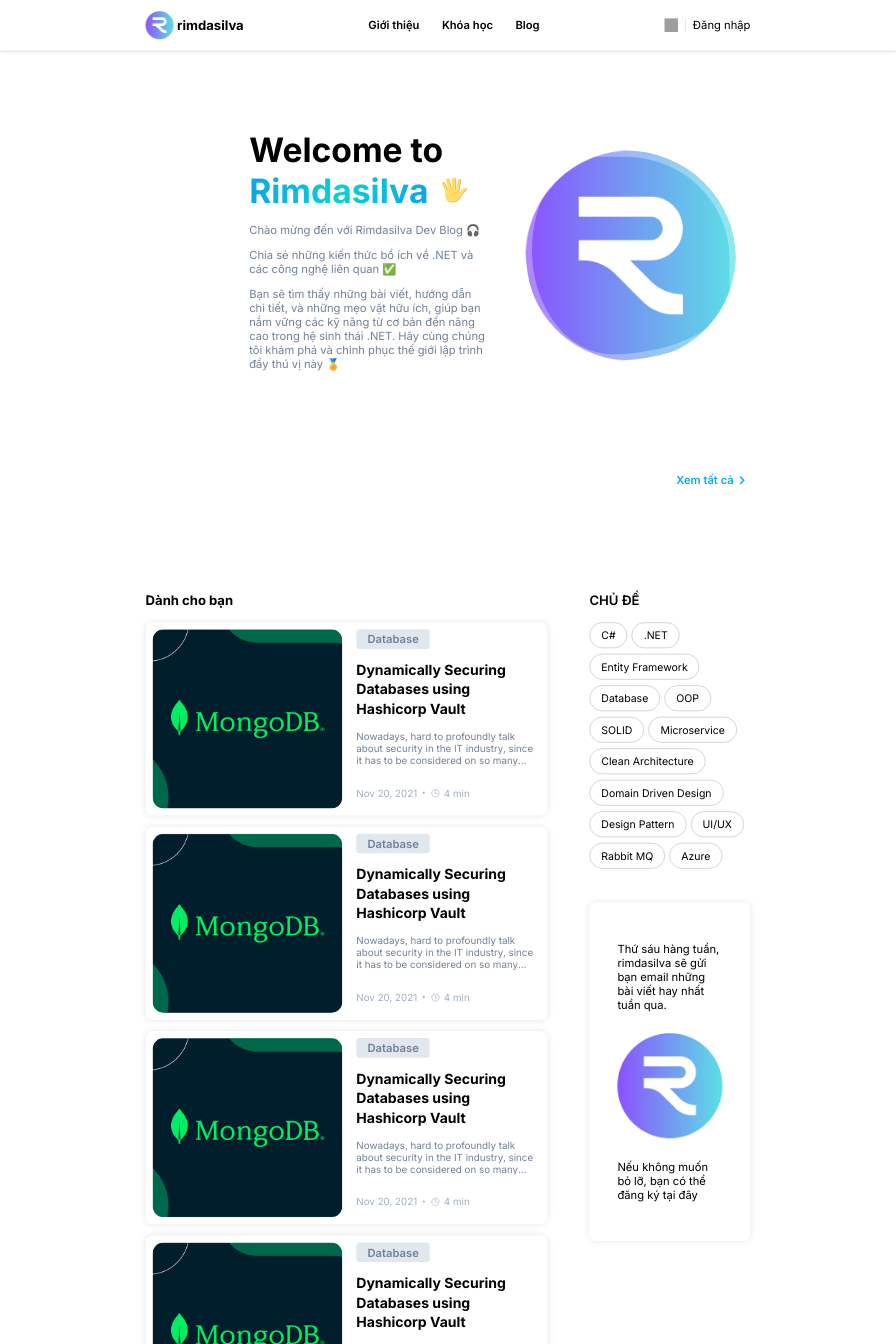
Repository: longblue2910/rimdasilva-blog-ui
Page: /
An editor plug-in stored every save of this project. The page is shown before and after a run of saves, followed by the edit.
The browser window is 1280 px wide. The pictures show the part of the page from y = 0 to 1920 px (the page is 2862 px tall before and 3152 px after), at 70% of full size.
Pictures or frames that could not be fetched are drawn as grey boxes. The page's requests for data from a server got no answer. The project was rebuilt for these pictures with package versions that can differ from the ones it lists, and the page was loaded fresh each time. The framework's server and built-in components were replaced by stand-ins that run in the browser. No one was signed in, and anything a server would have sent is missing. Also part of the build but not shown: next.config.js, src/components/notification/notification.module.css, src/components/notification/Notification.tsx.

Above is the page before, as saved 2024-08-05 22:58:31.

### src/app/layout.js
import Navbar from "@/components/navbar/Navbar";

import "./globals.css";
import Footer from "@/components/footer/Footer";
import { ThemeContextProvider } from "@/context/ThemeContext";
import ThemeProvider from "@/providers/ThemeProvider";
import { Inter, Noto_Sans } from "next/font/google";
import AuthProvider from "@/providers/AuthProvider";
import { ProgressProvider } from "@/context/ProgressContext";
import "@ionic/react/css/core.css"; // Import CSS chính của Ionic

import Head from "next/head";

const inter = Inter({
  subsets: ["vietnamese"],
  weight: ["300", "400", "500", "600", "700"], // Chỉ định các trọng lượng font mong muốn ở đây
});

export const metadata = {
  title: "Rimdasilva - EZ Coding",
  description: "Rimdasilva - EZ Coding",
  // icons: {
  //   icon: [
  //     {
  //       url: "/favicon.ico", // /public path
  //       href: "/favicon.ico", // /public path
  //     },
  //   ],
  // },
};

export default function RootLayout({ children }) {
  return (
    <html lang="en">
      <head>
        <link rel="icon" href="/favicon.ico" />
      </head>
      <body className={inter.className}>
        <AuthProvider>
          <ThemeContextProvider>
            <ThemeProvider>
              <ProgressProvider>
                <div className="container">
                  <div className="wrapper">
                    <Navbar />
                    {children}
                  </div>
                  <Footer />
                </div>
              </ProgressProvider>
            </ThemeProvider>
          </ThemeContextProvider>
        </AuthProvider>
      </body>
    </html>
  );
}

### src/app/page.jsx
import BlogCardList from "@/components/blogCardList/BlogCardList";
import styles from "./homepage.module.css";
import CardRectangleList from "@/components/cardRectangleList/CardRectangleList";
import Aside from "@/components/aside/Aside";
import Hero from "@/components/hero/Hero";

export default function Home({ searchParams }) {
  const page = parseInt(searchParams.page) || 1;

  return (
    <div className="section">
      <Hero />
      <CardRectangleList />
      <div className={styles.blog}>
        <BlogCardList />
        <Aside />
      </div>
    </div>
  );
}

### src/context/ThemeContext.jsx
"use client";

import { createContext, useEffect, useState } from "react";
import { ThemeProvider, createTheme } from "@mui/material/styles";

export const ThemeContext = createContext();

const getFromLocalStorage = () => {
  if (typeof window !== "undefined") {
    const value = localStorage.getItem("theme");
    return value || "light";
  }
};

export const ThemeContextProvider = ({ children }) => {
  const [theme, setTheme] = useState(() => {
    return getFromLocalStorage();
  });

  const toggle = () => {
    setTheme((prevTheme) => (prevTheme === "light" ? "dark" : "light"));
  };

  useEffect(() => {
    localStorage.setItem("theme", theme);
  }, [theme]);

  const muiTheme = createTheme({
    palette: {
      mode: theme,
    },
  });

  return (
    <ThemeProvider theme={muiTheme}>
      <ThemeContext.Provider value={{ theme, toggle }}>
        {children}
      </ThemeContext.Provider>
    </ThemeProvider>
  );
};

### src/context/ProgressContext.tsx
"use client";

// ProgressContext.tsx
import React, { createContext, useState, useContext, ReactNode } from "react";

interface ProgressContextProps {
  isNavigating: boolean;
  startNavigation: () => void;
}

const ProgressContext = createContext<ProgressContextProps | undefined>(
  undefined
);

export const ProgressProvider: React.FC<{ children: ReactNode }> = ({
  children,
}) => {
  const [isNavigating, setIsNavigating] = useState(false);

  const startNavigation = () => {
    setIsNavigating(true);
    setTimeout(() => setIsNavigating(false), 500); // Giả sử thời gian điều hướng là 500ms
  };

  return (
    <ProgressContext.Provider value={{ isNavigating, startNavigation }}>
      {children}
    </ProgressContext.Provider>
  );
};

export const useProgress = (): ProgressContextProps => {
  const context = useContext(ProgressContext);
  if (context === undefined) {
    throw new Error("useProgress must be used within a ProgressProvider");
  }
  return context;
};

### src/components/blogCardList/BlogCardList.tsx
import styles from "./blogCardList.module.css";
import BlogCard from "../blogCard/BlogCard";

const BlogCardList = () => {
  const renderBlogCards = () => {
    const cardRectangles = [];
    for (let i = 0; i < 5; i++) {
      cardRectangles.push(<BlogCard />);
    }
    return cardRectangles;
  };

  return (
    <div className="section">
      <div className={styles.cardListHeader}>
        <h3 className={styles.title}>Dành cho bạn</h3>
        {/* <Link href="/" className={`${styles.getAll} hover1`}>
          Xem tất cả
          <KeyboardArrowRightIcon />
        </Link> */}
      </div>
      <div className={styles.cardList}>{renderBlogCards()}</div>
    </div>
  );
};

export default BlogCardList;

### src/app/homepage.module.css
.content {
  display: flex;
  gap: 50px;
}

.blog {
  display: grid;
  grid-template-columns: 5fr 2fr;
  gap: 60px;
}

### src/components/cardRectangleList/CardRectangleList.tsx
import styles from "./cardList.module.css";
import CardRectangle from "../cardRectangle/CardRectangle";
import Link from "next/link";
import KeyboardArrowRightIcon from "@mui/icons-material/KeyboardArrowRight";

const CardRectangleList = ({ title, isPremium, size }) => {
  console.log(title);

  const renderCardRectangles = () => {
    const cardRectangles = [];
    for (let i = 0; i < size; i++) {
      cardRectangles.push(<CardRectangle isPremium={isPremium} />);
    }
    return cardRectangles;
  };

  return (
    <div className="section">
      <div className={styles.cardListHeader}>
        <h3 className={styles.title}>{title}</h3>
        <Link href="/" className={`${styles.getAll} hover1`}>
          Xem tất cả
          <KeyboardArrowRightIcon />
        </Link>
      </div>
      <div className={styles.cardList}>{renderCardRectangles()}</div>
    </div>
  );
};

export default CardRectangleList;

### src/components/aside/Aside.tsx
import Image from "next/image";
import Category from "../category/Category";
import styles from "./aside.module.css";

const Aside = () => {
  return (
    <div className="section">
      <div className={styles.topic}>
        <h3 className={styles.topicTitle}>Chủ đề</h3>
        <div className={styles.topicList}>
          <Category categoryName={"C#"} />
          <Category categoryName={".NET"} />
          <Category categoryName={"Entity Framework"} />
          <Category categoryName={"Database"} />
          <Category categoryName={"OOP"} />
          <Category categoryName={"SOLID"} />
          <Category categoryName={"Microservice"} />
          <Category categoryName={"Clean Architecture"} />
          <Category categoryName={"Domain Driven Design"} />
          <Category categoryName={"Design Pattern"} />
          <Category categoryName={"UI/UX"} />
          <Category categoryName={"Rabbit MQ"} />
          <Category categoryName={"Azure"} />
        </div>
      </div>
      <div className={styles.sidebar}>
        <p>
          Thứ sáu hàng tuần, rimdasilva sẽ gửi bạn email những bài viết hay nhất
          tuần qua.
        </p>
        <Image
          src="/logo.png"
          width={150}
          height={150}
          alt="Logo"
          objectFit="cover"
          loading="lazy"
        />
        <p>Nếu không muốn bỏ lỡ, bạn có thể đăng ký tại đây</p>
      </div>
    </div>
  );
};

export default Aside;

### src/components/themeToggle/ThemeToggle.jsx
"use client";

import React, { useContext } from "react";
import styles from "./themeToggle.module.css";
import Image from "next/image";
import { ThemeContext } from "@/context/ThemeContext";

const ThemeToggle = () => {
  const { toggle, theme } = useContext(ThemeContext);

  return (
    <div className={styles.container} onClick={toggle}>
      {theme === "dark" ? (
        <Image
          src="/sun.png"
          alt="moon"
          width={20}
          height={20}
          className="hover1"
        />
      ) : (
        <Image
          src="/sleep-mode_4906399.png"
          alt="moon"
          width={20}
          height={20}
          className="hover1"
        />
      )}
      <span className={styles.themeFill}></span>
    </div>
  );
};

export default ThemeToggle;

### src/components/progressBar/ProgressBar.tsx
// ProgressBar.tsx
import React from "react";
import styles from "./progressBar.module.css";

interface ProgressBarProps {
  isVisible: boolean;
}

const ProgressBar: React.FC<ProgressBarProps> = ({ isVisible }) => {
  return (
    <div
      className={`${styles.progressBar} ${isVisible ? styles.visible : ""}`}
    ></div>
  );
};

export default ProgressBar;

### src/components/footer/footer.module.css
.footer {
  padding-inline: 20px;
  /* border-radius: var(--radius-48); */
  color: var(--text-wild-blue-yonder);
  width: 100%;
  box-shadow: 0 -4px 6px rgba(0, 0, 0, 0.1);
  margin-top: 100px;
  background-color: var(--bg-oxford-blue-2);
  bottom: 0;
}

.footer h3 {
  color: var(--text-wild-blue-yonder);
}

.footerTop {
  display: grid;
  grid-template-columns: repeat(4, 1fr);
  grid-gap: 40px;
  padding-inline: 120px;
  padding-block: 40px;
}

.footerText {
  color: var(--footerText);
  line-height: var(--lineHeight-1);
  margin-block: 8px;
  font-size: 14px;
}

.logo {
  display: flex;
  align-items: center;
}

.logoText {
  color: #38b6ff;
}

.logoImg {
  background-color: var(--bg); /* Đảm bảo không có nền */
}

.footerBrand .footerListTitle {
  margin-block-end: 2px;
}

.footerListTitle {
  color: var(--textColor);
  font-size: var(--fontSize-7);
  margin-block-end: 30px;
}

.footerLink {
  padding-bottom: 12px;
}

.footer ion-icon {
  position: absolute;
  top: 50%;
  left: 0;
  transform: translateY(-50%);
  --ionicon-stroke-width: 40px;
}

.footerBottom {
  border-block-start: 1px solid var(--border-prussian-blue);
  padding-block: 20px;
  padding-inline: 120px;
}

.footerBottomContainer {
  display: flex;
  align-items: center;
  justify-content: space-between;
}

.copyright {
  margin-block-end: 10px;
}

.social {
  display: flex;
  gap: 7px;
  align-items: center;
}

@media screen and (max-width: 1280px) {
  .footerTop {
    padding-inline: 60px;
  }
}

@media screen and (max-width: 1024px) {
  .footer {
    margin-top: 20px;
  }

  .footerTop {
    padding-inline: 15px;
  }
}

@media screen and (max-width: 768px) {
  .footerTop {
    grid-template-columns: repeat(1, 1fr);
    gap: 20px;
  }
}

### src/components/blogCardList/blogCardList.module.css
.cardList {
  margin-top: 20px;
}

### src/components/blogCard/BlogCard.tsx
"use client";

import Image from "next/image";
import styles from "./blogCard.module.css";
import Link from "next/link";
import { IonIcon } from "@ionic/react";
import { timeOutline } from "ionicons/icons";

const BlogCard = () => {
  return (
    <div className={`${styles.blogCard} hover3`}>
      <div className={styles.cardBanner}>
        <Image
          src="/blog1.png"
          layout="fill"
          objectFit="cover"
          loading="lazy"
          alt="Blog Image"
        />
      </div>
      <div className={styles.cardContent}>
        <button className={styles.blogTopic}>Database</button>
        <h3 className={`${styles.title} hover4`}>
          <Link href="/">
            Dynamically Securing Databases using Hashicorp Vault
          </Link>
        </h3>
        <p className={styles.blogText}>
          Nowadays, hard to profoundly talk about security in the IT industry,
          since it has to be considered on so many different levels: from
          securing code chunks, securing containers, up to securing complex
          infrastructures and defining strong authorization and authentication
          policies across the enterprise. Nowadays, hard to profoundly talk
          about security in the IT industry, since it has to be considered on so
          many different levels: from securing code chunks, securing containers,
          up to securing complex infrastructures and defining strong
          authorization and authentication policies across the enterprise.
        </p>

        <div className={styles.wrapperFlex}>
          {/* <div className={styles.profileWrapper}>
            <Image
              src="/logo.png"
              alt="Author"
              className={styles.imgAuth}
              loading="lazy"
              width={50}
              height={50}
              layout="responsive"
            />
          </div> */}

          <div className={`${styles.wrapper}`}>
            {/* <h4 className="hover4">
              <Link href="#">rimdasilva</Link>
            </h4> */}

            <p className={styles.textSm}>
              <time>Nov 20, 2021</time>
              <span className={styles.separator}></span>
              <IonIcon icon={timeOutline} />
              <time>4 min</time>
            </p>
          </div>
        </div>
      </div>
    </div>
  );
};

export default BlogCard;

### src/components/cardRectangleList/cardList.module.css
.cardList {
  display: grid;
  grid-template-columns: repeat(4, 1fr);
  gap: 20px;
  margin-top: 20px;
}

.cardListHeader {
  display: flex;
  align-items: center;
  justify-content: space-between;
}

.getAll {
  color: var(--bg-carolina-blue);
  font-weight: 600;
  display: flex;
  align-items: center;
}

/* Responsive styles */
@media (max-width: 1280px) {
  .cardList {
    grid-template-columns: repeat(3, 1fr);
  }
}

  /* @media (max-width: 1024px) {
    .cardList {
      grid-template-columns: repeat(3, 1fr);
    }
  } */

@media (max-width: 768px) {
  .cardList {
    grid-template-columns: repeat(2, 1fr);
  }
}

@media (max-width: 576px) {
  .cardList {
    grid-template-columns: 1fr;
  }
}

### src/components/category/Category.tsx
"use client";

import styles from "./category.module.css";
import { IonIcon } from "@ionic/react";
import { serverOutline } from "ionicons/icons"; // Import icon bạn muốn sử dụng
import Link from "next/link";

const Category = ({ categoryName }) => {
  return (
    <div className={styles.categoryBtn}>
      <Link href="/">{categoryName}</Link>
    </div>
  );
};

export default Category;

### src/components/aside/aside.module.css
.topicList {
  display: flex;
  flex-wrap: wrap;
  margin-top: 20px;
}

.topicTitle {
  font-weight: 600;
  text-transform: uppercase;
}

.sidebar {
  margin-top: 40px;
  display: flex;
  flex-direction: column;
  align-items: center;
  gap: 15px;
  background: var(--background-primary);
  border-radius: 10px;
  padding: 40px;
  box-shadow: 0 0 10px rgba(0, 0, 0, 0.1);
}

### src/components/hero/hero.module.css
.heroGrid {
  display: grid;
  gap: 1.5rem;
  grid-template-columns: 116px repeat(2, 1fr);
  padding-top: 5.5rem;
  column-gap: 2rem;
  align-items: center;
}

.welcome {
  font-weight: 800;
  font-size: 3rem;
}

.rimdsv {
  background-image: var(--gradient-2);
  display: inline-block;
  -webkit-text-fill-color: transparent;
  -webkit-background-clip: text;
}
.homeHand {
  width: 38px;
  height: 38px;
  margin-left: 0.4rem;
}

.homeSocialIcon {
  font-size: 1.25rem;
}

.social {
  display: flex;
  align-items: center;
  flex-direction: column;
  gap: 20px;
}

.homeImg {
  background: url(../../../public/logo.png);
  background-repeat: no-repeat;
  background-position: center;
  background-size: cover;
  box-shadow: inset 0 0 0 9px rgb(255 255 255 / 30%);
  order: 1;
  justify-self: center;
  width: 300px;
  height: 300px;
  animation: profile__animate 8s ease-in-out infinite 1s;
}

@keyframes profile__animate {
  0% {
    border-radius: 60% 40% 30% 70%/60% 30% 70% 40%;
  }
  50% {
    border-radius: 30% 60% 70% 40%/50% 60% 30% 60%;
  }
  100% {
    border-radius: 60% 40% 30% 70%/60% 30% 70% 40%;
  }
}

.homeDescription {
  color: var(--foreground-secondary);
}

### src/components/themeToggle/themeToggle.module.css
.container {
  display: flex;
  cursor: pointer;
  align-items: center;
}

/* 31:06 */

### src/components/authLinks/authLinks.module.css
.links {
  cursor: pointer;
}

.burger {
  width: 18px;
  height: 12px;
  flex-direction: column;
  justify-content: space-between;
  cursor: pointer;
  display: none;
}

.line {
  width: 100%;
  height: 2px;
  background-color: var(--textColor);
}

.reponsiveMenu {
  position: absolute;
  top: 50px;
  left: 0;
  background-color: var(--bg);
  height: calc(110vh - 100px);
  width: 100%;
  display: flex;
  flex-direction: column;
  align-items: center;
  justify-content: center;
  gap: 50px;
  font-size: 36px;
  z-index: 1;
}

@media screen and (max-width: 640px) {
  /* .burger {
    display: flex;
  } */

  .link {
    display: none;
  }
}

@media screen and (max-width: 390px) {
  .loginLink {
    font-size: 14px;
  }
}

### src/components/progressBar/progressBar.module.css
/* progressBar.module.css */

.progressBar {
  position: fixed;
  top: 0;
  left: 0;
  height: 4px;
  width: 100%;
  background-color: transparent;
  transform: translateX(-100%);
  transition: transform 0.4s ease-out;
}

.progressBar.visible {
  transform: translateX(0);
  background-color: var(
    --bg-carolina-blue
  ); /* Màu của thanh chạy, có thể thay đổi theo biến của bạn */
}

### src/components/blogCard/blogCard.module.css
.blogCard {
  background: var(--background-primary);
  padding: 10px;
  margin-bottom: 1rem;
  border-radius: 10px;
  box-shadow: 0 0 10px rgba(0, 0, 0, 0.1);
  transition: 0.25s ease;

  display: grid;
  grid-template-columns: 3fr 4fr;
  gap: 20px;
  cursor: pointer;
}
.h4 {
  color: var(--foreground-secondary);
}

.cardBanner {
  display: flex;
  border-radius: var(--radius-16);
  transition: var(--transition-1);
  position: relative;
  height: auto;
  min-width: 271px;
  overflow: hidden;
}

.blogTopic {
  background: var(--action-primary);
  color: var(--foreground-secondary);
  font-weight: 600;
  padding: 0.25rem 1rem;
  border-radius: 5px;
  margin-bottom: 1rem;
}

.blogTopic:hover {
  background: var(--foreground-secondary);
  color: var(--action-secondary);
}

.title {
  line-height: 1.4;
  margin-bottom: 1rem;
  font-size: var(--fs-3);
  font-weight: 700;
}

.blogText {
  color: var(--foreground-secondary);
  font-size: var(--fs-4);
  display: -webkit-box;
  line-clamp: 3;
  -webkit-line-clamp: 3;
  -webkit-box-orient: vertical;
  overflow: hidden;
  margin-bottom: 1rem;
}

.wrapperFlex {
  display: flex;
  justify-content: start;
  align-items: center;
  gap: 10px;
}

.profileWrapper {
  width: 56px;
  height: 56px;
  background: var(--action-primary);
  padding: 3px;
  border-radius: 50%;
}

.textSm {
  display: flex;
  align-items: center;
  gap: 5px;
  color: var(--foreground-tertiary);
  font-size: var(--fs-4);
}

.separator {
  background: var(--foreground-tertiary);
  margin-inline: 3px;
  margin: 0 3px;
  width: 3px;
  height: 3px;
  border-radius: 3px;
}

### src/components/category/category.module.css
.categoryBtn {
  border: 1px solid #c4c4c4;
  border-radius: 47px;
  padding: 0.5rem 1rem;
  margin-bottom: 8px;
  font-size: 15px;
  margin-right: 6px;
  background: var(--background-primary);
}

.categoryBtn:hover {
  background: var(--background-secondary);
}

### src/components/cardRectangle/CardRectangle.tsx
import Image from "next/image";
import styles from "./cardRectangle.module.css";
import Link from "next/link";
import Groups3OutlinedIcon from "@mui/icons-material/Groups3Outlined";

const CardRectangle = ({ isPremium }) => {
  return (
    <div className={`${styles.card}`}>
      <Link href="/" className={styles.imgContainer}>
        <Image
          src="/csharp-post.jpeg"
          width={300}
          height={180}
          objectFit="cover"
          alt="C# Post"
          className={styles.cardImg}
        />
      </Link>

      <div className={styles.cardContent}>
        <h3 className={`${styles.title} hover1`}>
          <Link href="/">C# Zero to Hero</Link>
        </h3>
        <div className={styles.cardTag}>
          <span style={{ color: "#f05123", fontWeight: 600 }}>1.000.000đ</span>
        </div>
        <div className={styles.cardBottom}>
          <div className={styles.infoAuthor}>
            <Image
              src="/logo.png"
              width={18}
              height={18}
              alt="author"
              objectFit="cover"
            />
            <h4 className={styles.authorText}>rimdasilva</h4>
          </div>

          <div className={styles.infoCourse}>
            <Groups3OutlinedIcon />
            <span>103</span>
          </div>
        </div>
        {isPremium && (
          <div className={styles.proCourse}>
            <span>PRO</span>
          </div>
        )}
      </div>
    </div>
  );
};

export default CardRectangle;

Loaded but not shown: src/providers/ThemeProvider.jsx (common file); src/providers/AuthProvider.jsx (common file); src/app/globals.css (409 lines, source omitted); src/components/hero/Hero.tsx (106 lines, source omitted); src/components/authLinks/AuthLink.tsx (154 lines, source omitted); src/components/navbar/Navbar.jsx (131 lines, source omitted); src/components/navbar/navbar.module.css (197 lines, source omitted); src/components/footer/Footer.jsx (95 lines, source omitted); src/components/cardRectangle/cardRectangle.module.css (161 lines, source omitted)

After the next 2 saves:
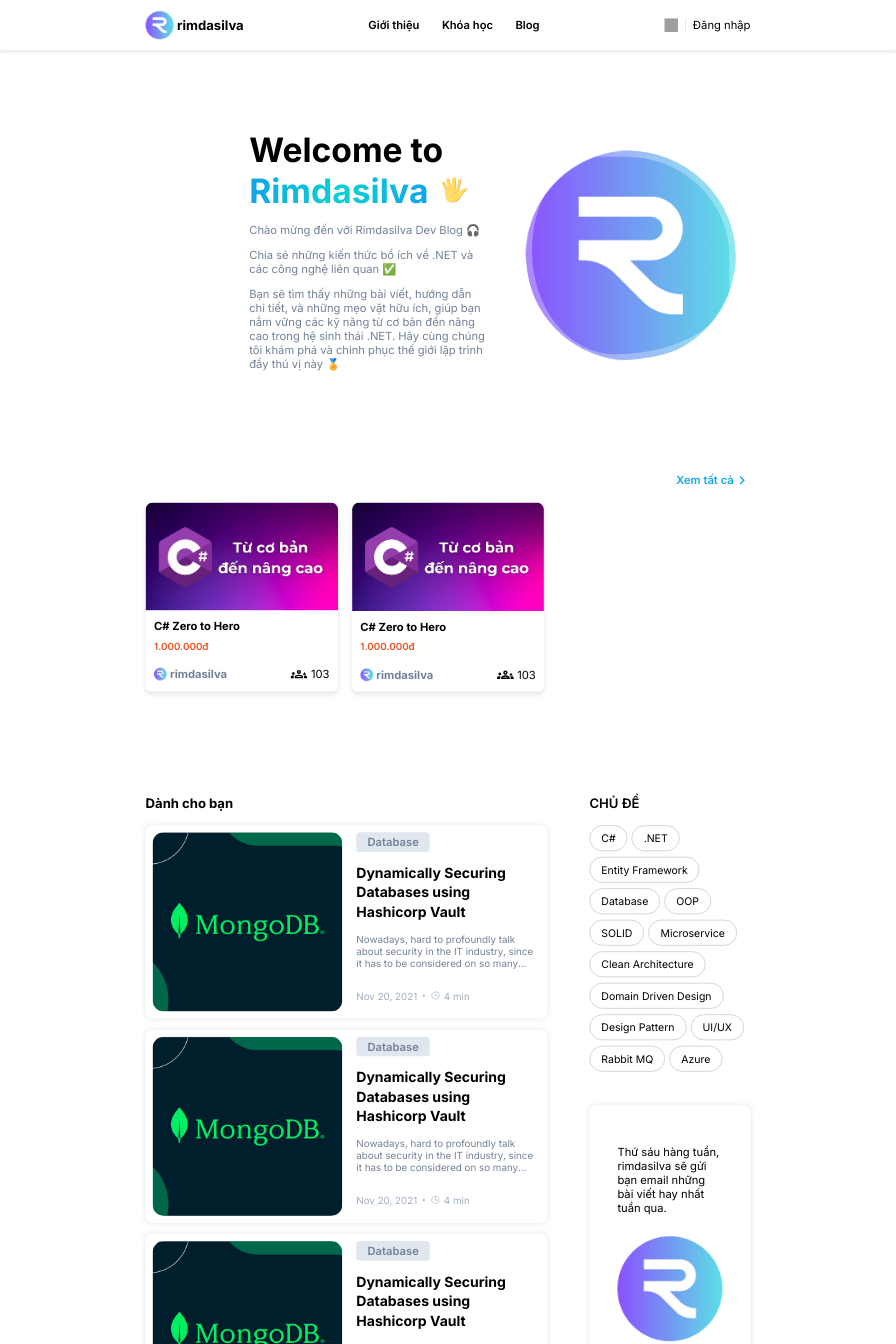
The 2 saves are shown as one change because they came seconds apart.
The last was saved 12 s later.
--- a/src/app/page.jsx
+++ b/src/app/page.jsx
@@ -10,7 +10,7 @@
   return (
     <div className="section">
       <Hero />
-      <CardRectangleList />
+      <CardRectangleList size={2} />
       <div className={styles.blog}>
         <BlogCardList />
         <Aside />
